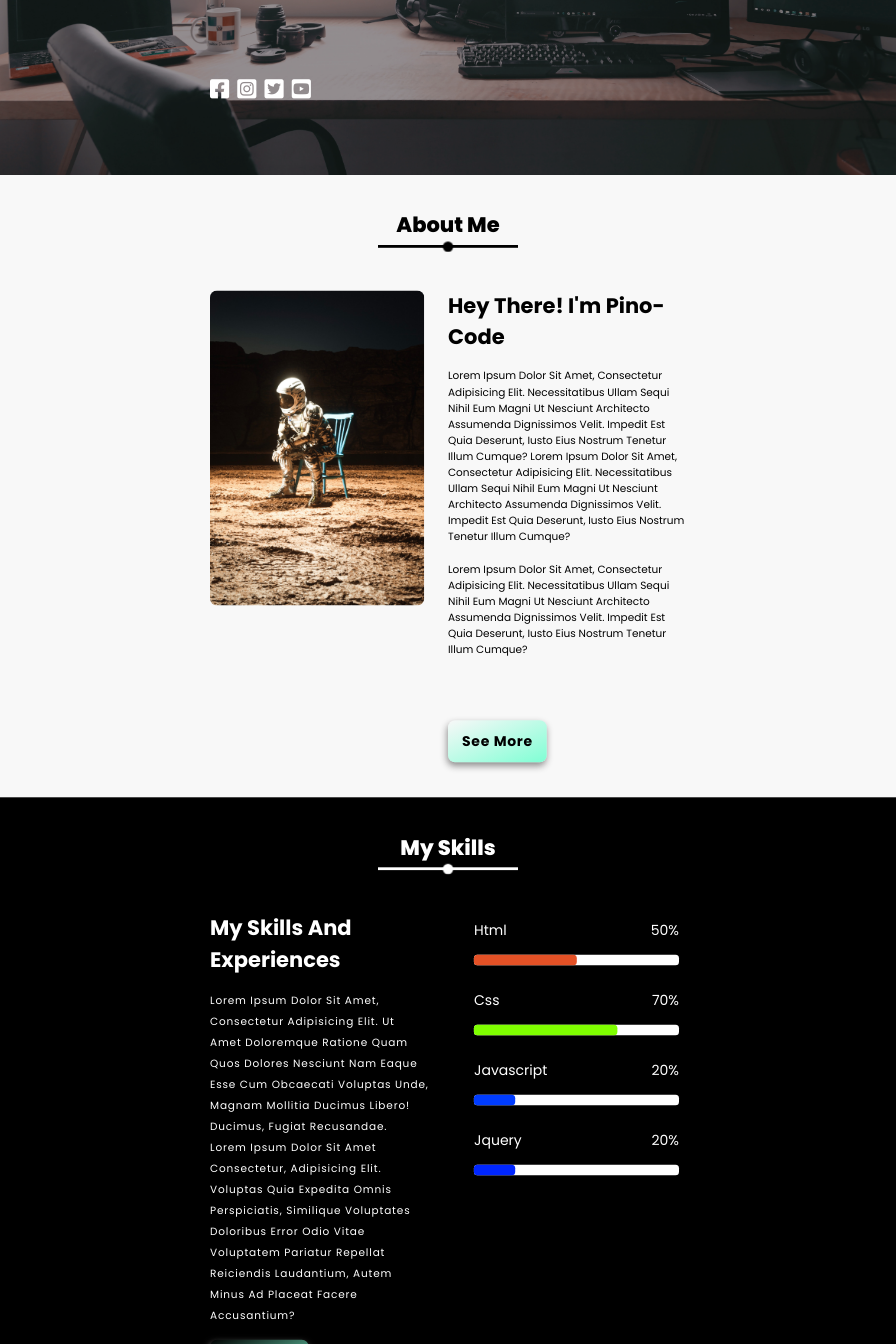
Repository: Pinocoding/New
Page: index.html
These files come from the project's save history. The page is drawn as it stood at one moment and after the next save; the edit follows.
The browser window is 1280 px wide. The pictures show the part of the page from y = 470 to 2390 px (the page is 4475 px tall), at 70% of full size.
Backgrounds fixed to the window are drawn as part of the page.

Above is the page before, as saved 2021-10-13 23:29:53.

### index.html
<!DOCTYPE html>
<html lang="en">
<head>
  <meta charset="UTF-8">
  <meta http-equiv="X-UA-Compatible" content="IE=edge">
  <meta name="viewport" content="width=device-width, initial-scale=1.0">
  <title>Document</title>
  <link rel="stylesheet" href="style.css">
  <link rel="stylesheet" href="https://cdnjs.cloudflare.com/ajax/libs/font-awesome/6.0.0-beta2/css/all.min.css" integrity="sha512-YWzhKL2whUzgiheMoBFwW8CKV4qpHQAEuvilg9FAn5VJUDwKZZxkJNuGM4XkWuk94WCrrwslk8yWNGmY1EduTA==" crossorigin="anonymous" referrerpolicy="no-referrer" />


</head>
<body>
  <!-- header -->
  <header>
    <a href="#main" class="brand">Pino</a>
    <div class="navigation">
        <a href="#main">home</a>
        <a href="#about">About</a>
        <a href="#skills">Skills</a>
        <a href="#services">Services</a>
        <a href="#contact">Contact</a>
    </div>
  </header>
  <!--  -->
  <!-- section main  -->
  <section class="main">
    <div class="layout"></div>
    <div class="content">
    <h2>hello, I'm<br><span>Pino-code</span></h2>
    <div class="animated-text">
      <h3>FE developer</h3>
      <h3>Best Yasuo TT 7</h3>
      <h3>Best NoVo CS GO</h3>
    </div>
    <a href="#about" class="btn">see my work</a>
    <div class="media-icon">
      <a href="#"><i class="fab fa-facebook-square"></i></a>
      <a href="#"><i class="fab fa-instagram-square"></i></a>
      <a href="#"><i class="fab fa-twitter-square"></i></a>
      <a href="#"><i class="fab fa-youtube-square"></i></a>
    </div>
  </div>

  </section>
  <!--  -->
  <!-- section about -->
  <section class="about" id="about">
    <!-- title -->
    <div class="title">
      <h2 class="section-title">
        about me
      </h2>
    </div>
    <!--  -->
    <!-- content -->
    <div class="content">
      <div class="column col-left">
        <div class="img-card">
          <img src="/img/002.jpg" alt="">
        </div>
      </div>
      <div class="column col-right">
        <h2 class="content-title">Hey there! i'm pino-code</h2>
        <p>Lorem ipsum dolor sit amet, consectetur adipisicing elit. Necessitatibus ullam sequi nihil eum magni ut nesciunt architecto assumenda dignissimos velit. Impedit est quia deserunt, iusto eius nostrum tenetur illum cumque?
          Lorem ipsum dolor sit amet, consectetur adipisicing elit. Necessitatibus ullam sequi nihil eum magni ut nesciunt architecto assumenda dignissimos velit. Impedit est quia deserunt, iusto eius nostrum tenetur illum cumque?
          <br>
          <br>
          Lorem ipsum dolor sit amet, consectetur adipisicing elit. Necessitatibus ullam sequi nihil eum magni ut nesciunt architecto assumenda dignissimos velit. Impedit est quia deserunt, iusto eius nostrum tenetur illum cumque?
        </p>
        <a href="#about" class="btn">See more</a>
      </div>
    </div>
      <!--  -->


    </section>
    <!--  -->
    <!-- section skills -->
    <section class="skills" id="skills">
      <div class="title">
        <h2 class="section-title">
          my skills
        </h2>
      </div>
      <div class="content">
        <div class="column col-left">
          <h2 class="content-title">
            my skills and experiences</h2>
            <p>Lorem ipsum dolor sit amet, consectetur adipisicing elit. Ut amet doloremque ratione quam quos dolores nesciunt nam eaque esse cum obcaecati voluptas unde, magnam mollitia ducimus libero! Ducimus, fugiat recusandae.<br>
            Lorem ipsum dolor sit amet consectetur, adipisicing elit. Voluptas quia expedita omnis perspiciatis, similique voluptates doloribus error odio vitae voluptatem pariatur repellat reiciendis laudantium, autem minus ad placeat facere accusantium?</be></p>
            <a href="#" class="btn">see more</a>
        </div>

      <div class="column col-right">
        <div class="bar">
          <div class="infor">
            <span>html</span>
            <span>50%</span>
          </div>
          <div class="line html"></div>
        </div>
        <div class="bar">
          <div class="infor">
            <span>css</span>
            <span>70%</span>
          </div>
          <div class="line css"></div>
        </div>
        <div class="bar">
          <div class="infor">
            <span>javascript</span>
            <span>20%</span>
          </div>
          <div class="line javascript"></div>
        </div>
        <div class="bar">
          <div class="infor">
            <span>jquery</span>
            <span>20%</span>
          </div>
          <div class="line jquery"></div>
        </div>
      </div>

      </div>
    </section>
    <!--  -->
    <!-- section services -->
<section class="services" id="services">
  <div class="title">
    <h2 class="section-title">
      my services
    </h2>
    <p>Lorem ipsum dolor sit amet consectetur adipisicing elit. Quasi, iusto. Odio tempore maxime minus nihil est nemo, impedit libero ipsa dolorem voluptatibus sed voluptatum, porro deserunt, sapiente tempora quae dolorum.</p>

  <div class="content">
    <div class="card">
      <div class="service-icon">
        <i class='fas fa-palette'></i>
      </div>
      <div class="infor">
        <h3>web design</h3>
        <p>Lorem ipsum dolor sit amet consectetur adipisicing elit. Voluptate quibusdam debitis, ratione assumenda laudantium ullam fuga quos eos beatae commodi fugit a .</p>
      </div>

    </div>
    <div class="card">
      <div class="service-icon">
        <i class='far fa-file-code'></i>
      </div>
      <div class="infor">
        <h3>web development</h3>
        <p>Lorem ipsum dolor sit amet consectetur adipisicing elit. Voluptate quibusdam debitis, ratione assumenda laudantium ullam fuga quos eos beatae commodi fugit a . </p>
      </div>

    </div>
    <div class="card">
      <div class="service-icon">
        <i class='far fa-object-group'></i>
      </div>
      <div class="infor">
        <h3>motion graphic design</h3>
        <p>Lorem ipsum dolor sit amet consectetur adipisicing elit. Voluptate quibusdam debitis, ratione assumenda laudantium ullam fuga quos eos beatae commodi fugit a .</p>
      </div>
    </div>
    </div>
  </div>


</section>
<!--  -->

  <script
  src="https://code.jquery.com/jquery-3.6.0.js"
  integrity="sha256-H+K7U5CnXl1h5ywQfKtSj8PCmoN9aaq30gDh27Xc0jk="
  crossorigin="anonymous"></script>
  <script src="function.js"></script>
</body>
</html>

### style.css
@import url("https://fonts.googleapis.com/css2?family=Poppins:wght@300;400;500;700;800&display=swap");
* {
  font-size: 62.5%;
  font-family: "Poppins", sans-serif;
  margin: 0;
  padding: 0;
  box-sizing: border-box;
  text-transform: capitalize;
}
body {
  min-height: 110vh;
  background: rgba(238, 238, 238, 0.411);
}
/* for header */
header {
  position: fixed;
  z-index: 99;
  background: rgb(0, 0, 0);
  top: 0;
  left: 0;
  width: 100%;
  padding: 2rem 5rem;
  display: flex;
  justify-content: space-between;
  align-items: center;
}
/* hover navigation */
header .navigation a:hover {
  color: aquamarine;
}
/*header sticky */
header.sticky {
  background: rgba(0, 0, 0, 0.26);
}
/*  */
header .brand {
  text-decoration: none;
  font-size: 2rem;
  color: white;
}
header .navigation a {
  font-size: 1.5rem;
  text-decoration: none;
  color: white;
  padding: 0 1rem;
}
/*  */
section {
  padding: 5rem 30rem;
}
/* for banner */
.main {
  position: relative;
  width: 100%;
  min-height: 100vh;
  display: flex;
  align-items: center;
  background: url("/img/0.jpg") no-repeat;
  background-size: cover;
  background-position: center;
  background-attachment: fixed;
  z-index: 1;
}
.main .layout {
  position: absolute;
  top: 0;
  left: 0;
  width: 100%;
  height: 100%;
  background: black;
  opacity: 0.3;
  z-index: -1;
}
.main .content {
  max-width: 100rem;
}
.main .content h2 {
  margin-bottom: 5rem;
  color: white;
  font-size: 2rem;
  font-weight: 500;
  line-height: 5rem;
}
.main .content h2 span {
  font-size: 3rem;
}

.animated-text {
  position: relative;
  height: 6rem;
  overflow: hidden;
}
.animated-text h3 {
  color: aquamarine;
  font-size: 4rem;
  font-weight: 700;
  line-height: 60px;
  letter-spacing: 1px;
}
/* animated text for h3 */
.animated-text h3:nth-child(1) {
  animation: text-move 7s infinite;
}
@keyframes text-move {
  0% {
    margin-top: 0;
  }
  25% {
    margin-top: -60px;
  }
  50% {
    margin-top: -120px;
  }
  100% {
    margin-top: 0;
  }
}
/*  */
.main .btn {
  margin-top: 10rem;
  color: white;
  background: linear-gradient(to top left, aquamarine, transparent);
  font-size: 2rem;
  font-weight: 700;
  display: inline-block;
  padding: 10px 10px;
  text-decoration: uppercase;
  text-decoration: none;
  letter-spacing: 1px;
  border-radius: 10px;
  box-shadow: -1px 5px 10px #888888;
  transition: 0.5s ease;
}
.btn:hover {
  transform: scale(1.1);
}

.media-icon {
  margin-top: 10rem;
}
.media-icon a {
  color: white;
  font-size: 5rem;
  margin-right: 1rem;
  transition-property: transform, color;
  transition: 0.2s;
}
.media-icon a:hover i {
  color: aquamarine;
  transform: translateY(-2px);
  transition: 0.2s;
}
/*  */
/* for section about  */
.title {
  width: 100%;
  display: flex;
  justify-content: center;
  align-items: center;
  flex-direction: column;
}
/* gach dưới , chấm */
.section-title {
  text-transform: capitalize;
  position: relative;
  color: black;
  font-size: 3rem;
  font-weight: 800;
  margin-bottom: 5rem;
}
.section-title:after {
  content: "";
  position: absolute;
  top: 50px;
  left: 50%;
  width: 20rem;
  height: 4px;
  transform: translateX(-50%);
  background: currentColor;
}
.section-title::before {
  content: "";
  position: absolute;
  top: 45px;
  left: 50%;
  /* padding: 2rem 2rem; */
  width: 15px;
  height: 15px;
  border-radius: 50%;
  background: black;
  /* background: #eee; */
  z-index: 99;
  transform: translate(-50%);
}

/*  */
/*  content */
.about .content {
  position: relative;
  width: 100%;
  display: flex;
  justify-content: space-between;
  margin-top: 2rem;
}
/* content > col-left */
.about .content .col-left {
  position: relative;
  width: 45%;
}
.about .content .col-left .img-card {
  position: relative;
  width: 100%;
  min-height: 45rem;
}
.about .content .col-left .img-card img {
  position: absolute;
  top: 0;
  left: 0;
  width: 100%;
  height: 100%;
  object-fit: cover;
  border-radius: 10px;
}
/* content > col-right */
.about .content .col-right {
  width: 50%;
  position: relative;
}
.content-title {
  font-size: 3rem;
  margin-bottom: 2rem;
}
.about .content .col-right p {
  font-size: 1.5rem;
}
.column .btn {
  margin-top: 9rem;
  color: black;
  background: linear-gradient(to top left, aquamarine, transparent);
  font-size: 2rem;
  font-weight: 700;
  display: inline-block;
  padding: 15px 20px;
  text-decoration: uppercase;
  text-decoration: none;
  letter-spacing: 1px;
  border-radius: 10px;
  box-shadow: -1px 5px 10px #888888;
  transition: 0.5s ease;
}
.btn:hover {
  transform: scale(1.1);
}
/*  */
/* skills */
.skills {
  background: black;
}
.skills .section-title {
  color: white;
}

.skills .section-title::before {
  background: currentColor;
}
.skills .content {
  position: relative;
  width: 100%;
  display: flex;
  justify-content: space-between;
  color: white;
  margin-top: 2rem;
}
/* skills => col-left */
.skills .content .col-left {
  position: relative;
  width: 46%;
}
/*  */
/* skills => col-right */
.skills .content .col-right {
  position: relative;
  width: 46%;
}
.skills .content .col-right .bar {
  margin-bottom: 15px;
  padding: 10px;
}
.skills .content .col-right .bar .infor {
  display: flex;
  align-items: center;
  justify-content: space-between;
  margin-bottom: 2rem;
}

.skills .content .col-right .bar .infor span {
  font-size: 2rem;
}
/* thanh % */
.skills .content .col-right .bar .line {
  position: relative;
  width: 100%;
  height: 15px;
  border-radius: 5px;
  background: white;
}
.skills .content .col-right .bar .line::before {
  content: "";
  position: absolute;
  top: 0;
  left: 0;

  height: 100%;
  /* background-color: rgb(42, 40, 136); */
  border-radius: 5px;
}
.skills .content .col-right .bar .html::before {
  width: 50%;
  background: #e45126;
}
.skills .content .col-right .bar .css::before {
  width: 70%;
  background-color: chartreuse;
}
.skills .content .col-right .bar .javascript::before {
  width: 20%;
  background-color: rgb(0, 60, 255);
}
.skills .content .col-right .bar .jquery::before {
  width: 20%;
  background-color: rgb(0, 38, 255);
}

/*  */
.skills p {
  font-size: 1.5rem;
  line-height: 3rem;
  letter-spacing: 1.2px;
}
.skills .content .btn {
  margin-top: 2rem;
  color: white;

  background: linear-gradient(to top left, aquamarine, transparent);
  font-size: 2rem;
  font-weight: 700;
  display: inline-block;
  padding: 15px 20px;
  text-decoration: uppercase;

  letter-spacing: 1px;
  border-radius: 10px;

  transition: 0.5s ease;
}
.btn:hover {
  transform: scale(1.1);
}
/*  */
/* for services */
.services .content {
  display: flex;
  justify-content: center;
  flex-wrap: wrap;
  flex-direction: row;
  margin-top: 20px;
}
.title p {
  font-size: 1.5rem;
  width: 80%;
}
.title h3 {
  font-size: 2rem;
  margin-bottom: 2rem;
}
.services .content .card {
  background-color: white;
  width: 34rem;
  margin: 10px;
  padding: 25px;
  justify-content: center;
  align-items: center;
  flex-direction: column;
  box-shadow: 0 5px 25px rgba(1 1 1 /15%);
  border-radius: 10px;
}
.services .content .card .service-icon {
  color: #3a6cf4;
  font-size: 20rem;

  text-align: center;
  transition: 0.3s ease;
}
.services .content .card .service-icon:hover {
  transform: scale(1.2);
}
/*  */

### function.js
// js for navication bar on scroll
window.addEventListener("scroll", function () {
  const header = document.querySelector("header");
  header.classList.toggle("sticky", window.scrollY > 0);
});

After the next save:
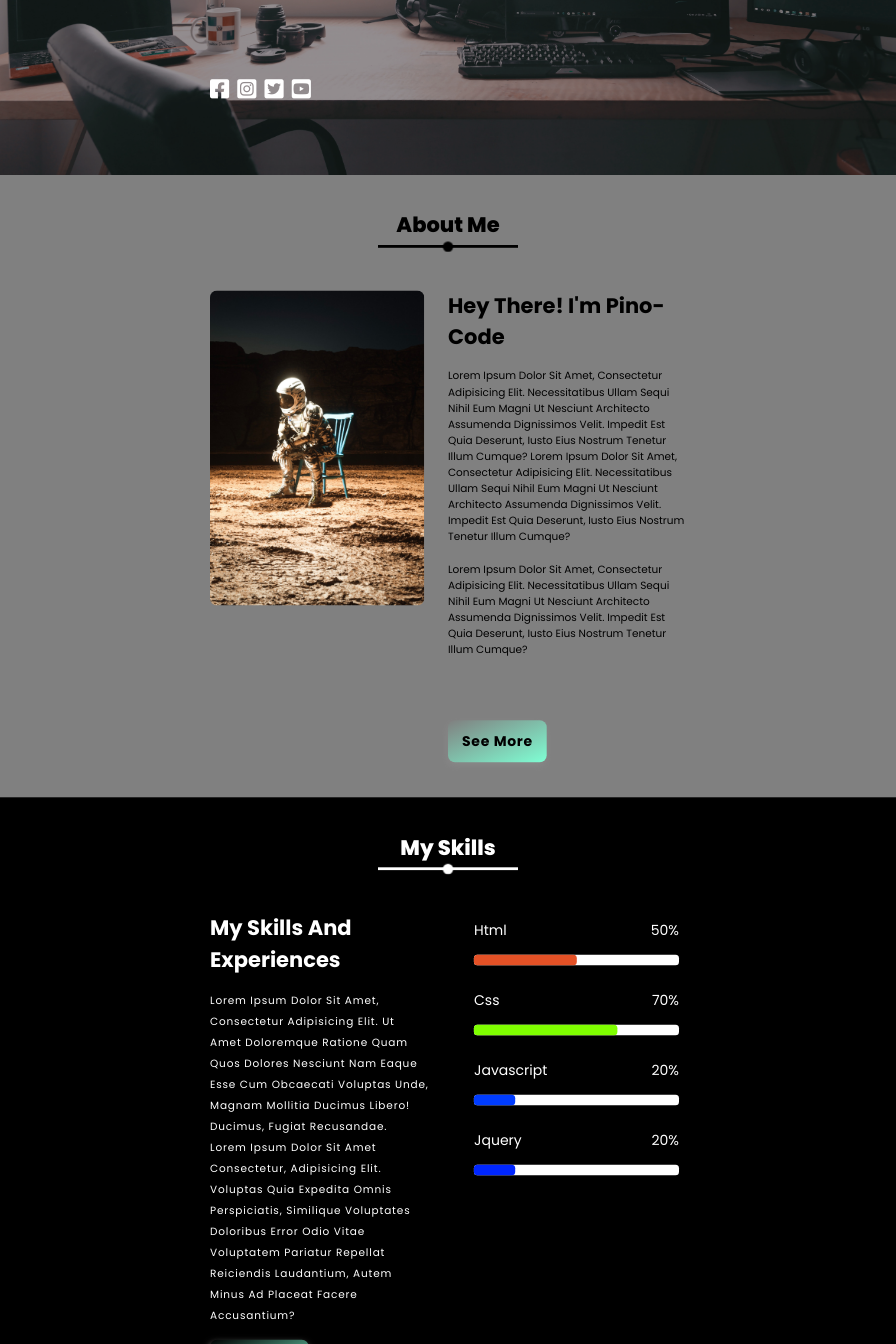
Saved 18 s later.
--- a/style.css
+++ b/style.css
@@ -9,7 +9,7 @@
 }
 body {
   min-height: 110vh;
-  background: rgba(238, 238, 238, 0.411);
+  background: gray;
 }
 /* for header */
 header {

After the save that followed:
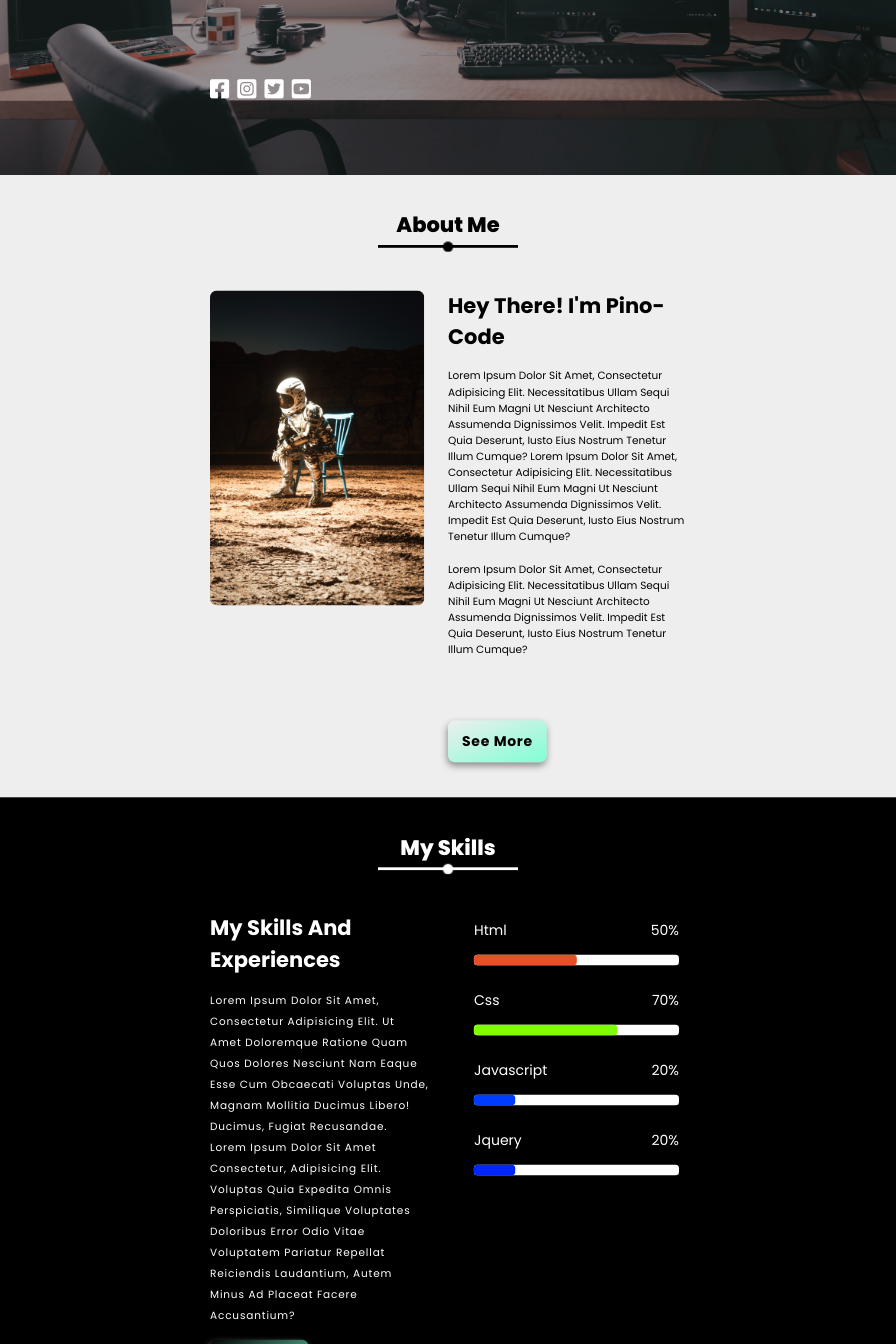
Saved 18 s later.
--- a/style.css
+++ b/style.css
@@ -9,7 +9,7 @@
 }
 body {
   min-height: 110vh;
-  background: gray;
+  background: #eee;
 }
 /* for header */
 header {
